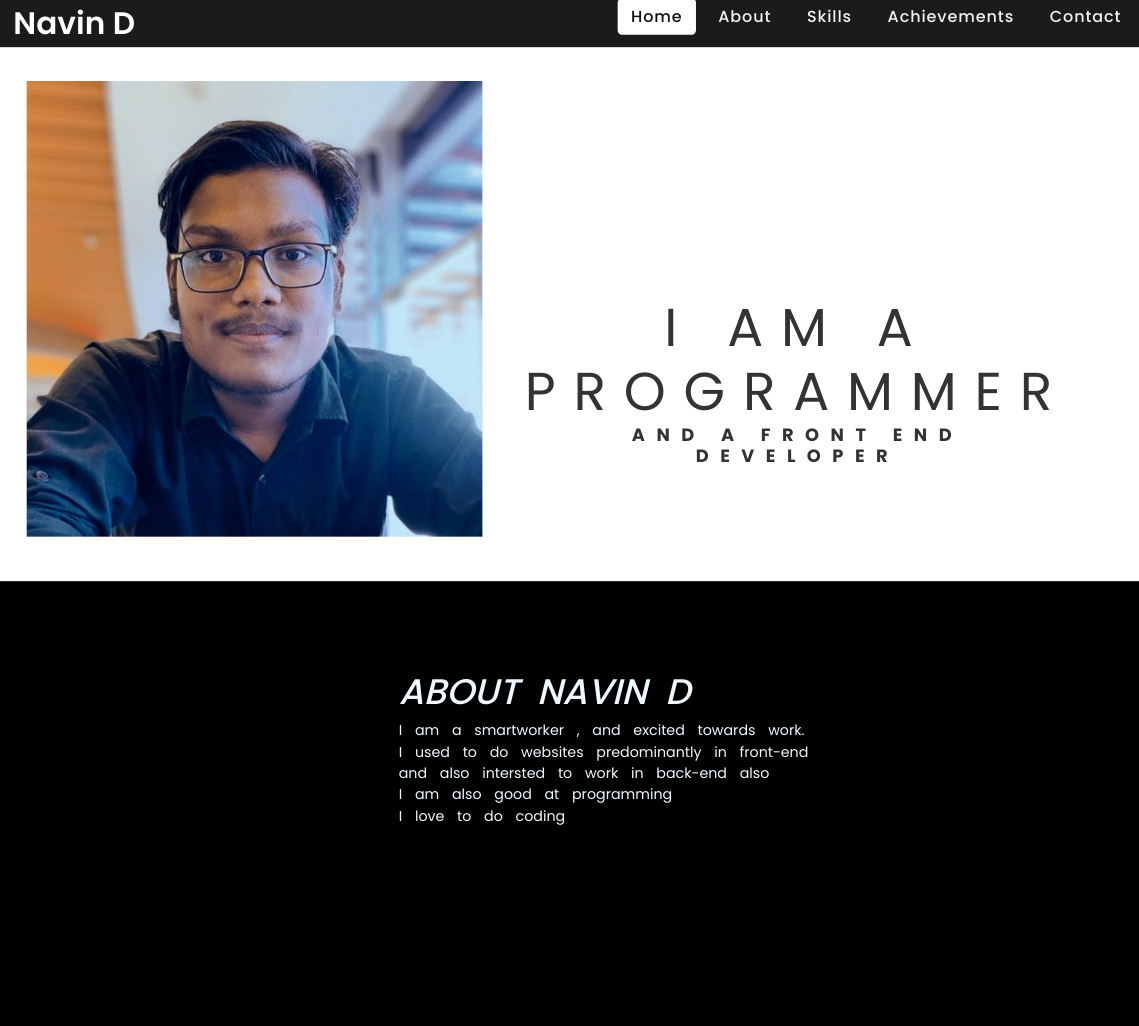
Repository: NavinDayanithi/OIBSIP
Page: Portfolio/index.html
These files come from the project's save history. The page is drawn as it stood at one moment and after the next save; the edit follows.
The browser window is 1280 px wide. The pictures show the whole page, at 89% of full size.

Above is the page before, as saved 2023-02-20 19:01:41.
Console error: TypeError: Cannot read properties of undefined (reading 'fn')

### Portfolio/index.html
<!DOCTYPE html>
<!-- Created By CodingNepal -->
<html lang="en" dir="ltr">
   <head>

      <meta charset="utf-8">
      <title>Navin's Portfolio</title>
      <script src="https://cdnjs.cloudflare.com/ajax/libs/OwlCarousel2/2.3.4/owl.carousel.min.js"></script>
      <script type="text/javascript" src="script.js"></script>
      <link rel="stylesheet" href="style.css">
      <link rel="stylesheet" href="https://cdnjs.cloudflare.com/ajax/libs/font-awesome/5.15.3/css/all.min.css"/>
      <meta name="viewport" content="width=device-width, initial-scale=1.0">
      <link href="https://cdn.jsdelivr.net/npm/bootstrap@5.3.0-alpha1/dist/css/bootstrap.min.css" rel="stylesheet" integrity="sha384-GLhlTQ8iRABdZLl6O3oVMWSktQOp6b7In1Zl3/Jr59b6EGGoI1aFkw7cmDA6j6gD" crossorigin="anonymous">
   </head>
   <body>
      <nav>
         <div class="logo">
            Navin D
         </div>
         <input type="checkbox" id="click">
         <label for="click" class="menu-btn">
         <i class="fas fa-bars"></i>
         </label>
         <ul>
            <li><a class="active" href="#">Home</a></li>
            <li><a href="#about">About</a></li>
            <li><a href="#skills">Skills</a></li>
            <li><a href="#">Achievements</a></li>
            <li><a href="#">Contact</a></li>
         </ul>
      </nav>
      <div >
        <img src="navinppimg.jpeg"  class="img1" alt="navinimg">
      </div>
      <div class="text-box">
        <h1 class="heading-primary">
         <span class="heading-primary-main">I am a Programmer</span>
          <span class="heading-primary-sub">and a front end developer</span>
         </h1>
   </div>
   <section class="about" id="about">
      <!-- <img class="about-img" src="https://embetronicx.com/wp-content/uploads/2017/08/background.jpg"  class="img1" alt="navinimg"> -->
      <div class="about-text">
         <h1> <i>ABOUT NAVIN D</i></h1>
         <p>  I am a smartworker , and excited towards work.<br/>
             I used to do websites predominantly in front-end <br/>
             and also intersted to work in back-end also<br/>
             I am also good at programming <br/>
             I love to do coding<br/>
      </p>
      </div>

    </body>
</section>
       </body>
</html>

### Portfolio/style.css
@import url('https://fonts.googleapis.com/css?family=Poppins:400,500,600,700&display=swap');
*{
  margin: 0;
  padding: 0;
  box-sizing: border-box;
  font-family: 'Poppins', sans-serif;
}
nav{
  display: flex;
  height: 100%;
  width: 100%;
  background: #1b1b1b;
  align-items: center;
  justify-content: space-between;
  /* padding: 0 50px 0 50px; */
  /* flex-wrap: wrap; */
}
nav .logo{
  color: #fff;
  font-size: 35px;
  font-weight: 600;
  margin-left: 15px;
}
nav ul{
  display: flex;
  flex-wrap: wrap;
  list-style: none;
}
nav ul li{
  margin: 0 5px;
}
nav ul li a{
  color: #f2f2f2;
  text-decoration: none;
  font-size: 18px;
  font-weight: 500;
  padding: 8px 15px;
  border-radius: 5px;
  letter-spacing: 1px;
  transition: all 0.3s ease;
}
nav ul li a.active,
nav ul li a:hover{
  color: #111;
  background: #fff;
}
nav .menu-btn i{
  color: #fff;
  font-size: 22px;
  cursor: pointer;
  display: none;
}
input[type="checkbox"]{
  display: none;
}
@media (max-width: 1000px){
  nav{
    padding: 0 40px 0 50px;
  }
}
@media (max-width: 920px) {
  nav .menu-btn i{
    display: block;
  }
  #click:checked ~ .menu-btn i:before{
    content: "\f00d";
  }
  nav ul{
    position: fixed;
    top: 80px;
    left: -100%;
    background: #111;
    height: 100vh;
    width: 100%;
    text-align: center;
    display: block;
    transition: all 0.3s ease;
  }
  #click:checked ~ ul{
    left: 0;
  }
  nav ul li{
    width: 100%;
    margin: 40px 0;
  }
  nav ul li a{
    width: 100%;
    margin-left: -100%;
    display: block;
    font-size: 20px;
    transition: 0.6s cubic-bezier(0.68, -0.55, 0.265, 1.55);
  }
  #click:checked ~ ul li a{
    margin-left: 0px;
  }
  nav ul li a.active,
  nav ul li a:hover{
    background: none;
    color: cyan;
  }
}
.content{
  position: absolute;
  top: 50%;
  left: 50%;
  transform: translate(-50%, -50%);
  text-align: center;
  z-index: -1;
  width: 100%;
  padding: 0 30px;
  color: #1b1b1b;
}
.content div{
  font-size: 40px;
  font-weight: 700;
}

.text-box {
    position: absolute;
    top: 60%;
    left: 70%;
    transform: translate(-50%, -50%);
    text-align:center;
  }

  .heading-primary {
      color:#333;
      text-transform: uppercase;
  }

  .heading-primary-main {
      display: block;
      font-size: 60px;
      font-weight: 400;
      letter-spacing: 20px;
     /*  Animation decalaration   */
      animation-name: moveInleft;
      animation-duration: 3s;
  }

  .heading-primary-sub {
      display: block;
      font-size: 20px;
      font-weight: 700;
      letter-spacing: 12.9px;

      animation-name: moveInRight;
      animation-duration: 3s;
  }

  @keyframes moveInleft {
      0% {
          opacity: 0;
          transform: translateX(-100px);
      }

      80% {
          transform: translateX(10px);
      }
      100% {
          opacity: 1;
          transform: translate(0);
      }
  }

  @keyframes moveInRight {
      0% {
          opacity: 0;
          transform: translateX(100px);
      }

      80% {
          transform: translateX(-10px);
      }

      100% {
          opacity: 1;
          transform: translate(0);
      }

  }
  .img1{
    margin-left: 30px;
     margin-top: 3%;
    display: block;
    height:40%;
    width:40%;


  }
  .a{
    float: left;
    /* display: inline; */
    width: 50%;


  }
  .b{
    /* display: inline; */
    float:right;
    width: 50%;
    margin-left: 50px;


  }
   .about{
    background-color: black;
    height: 500px;
    width: 100%;
    color: aliceblue;
    margin-top: 50px;

  }

 .about-text {
  padding-top: 100px;
   padding-left: 35%;
   word-spacing: 10px;
}
.about-text h1{
  padding-left: ;
}

Loaded but not shown: Portfolio/script.js (common file)

After the next save:
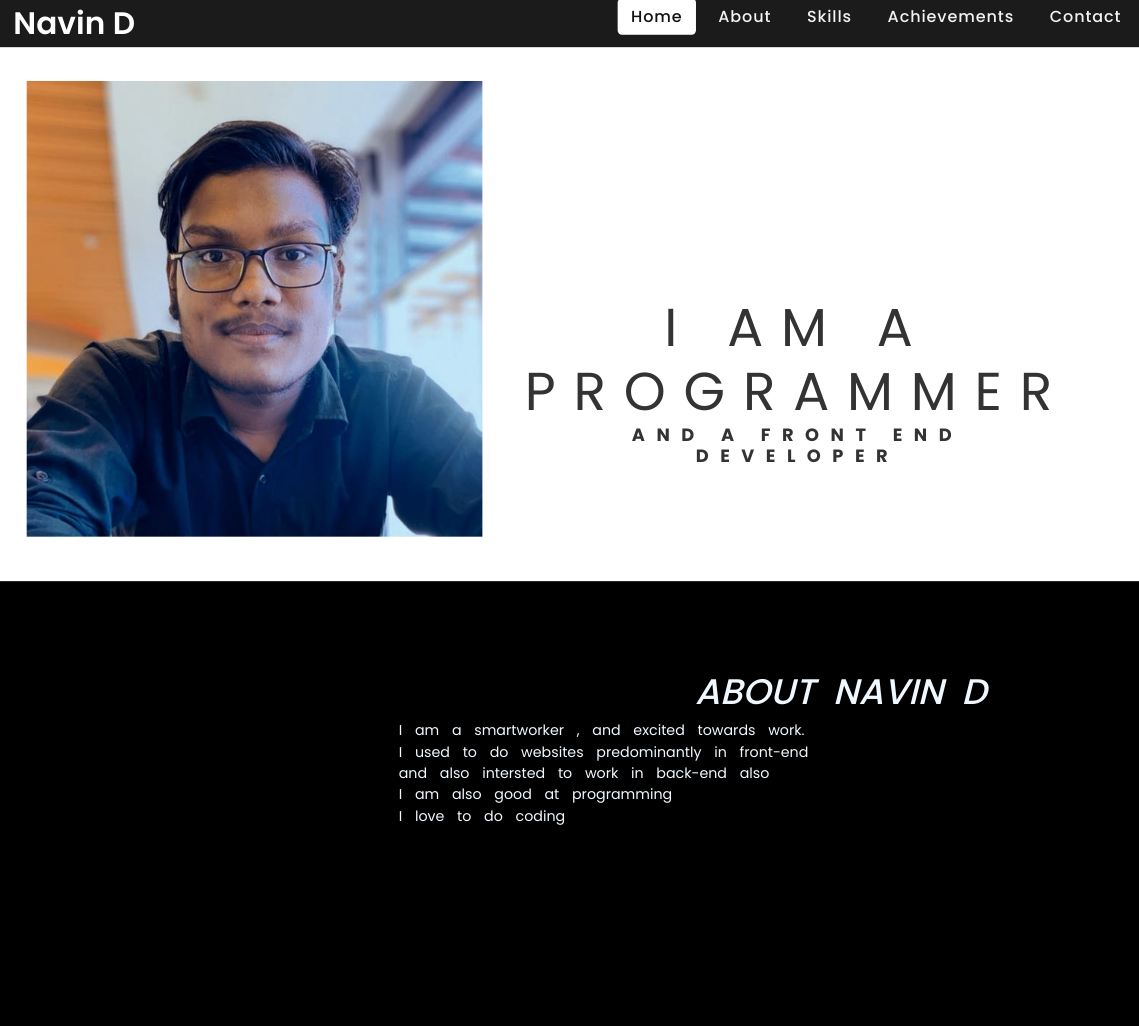
Saved 8 s later.
--- a/Portfolio/style.css
+++ b/Portfolio/style.css
@@ -218,5 +218,5 @@
    word-spacing: 10px;
 }
 .about-text h1{
-  padding-left: ;
-}
+  padding-left:40% ;
+}
